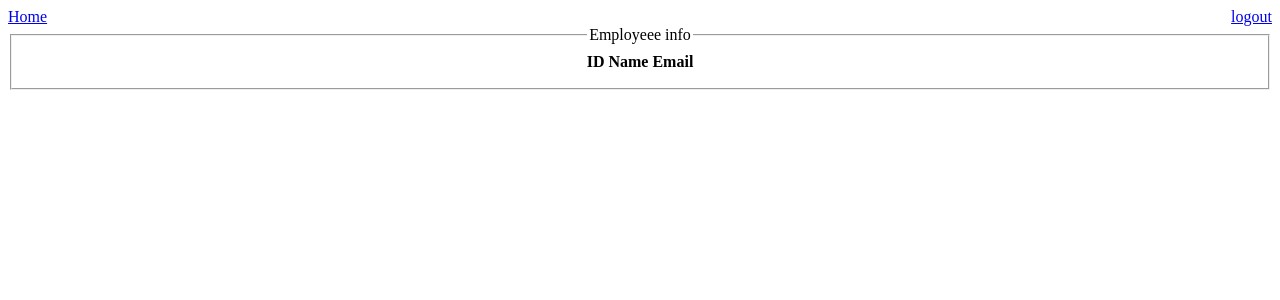
Repository: ashwinibd6697/ust-19sep-ashwinibd
Page: http://localhost/empwebapp/search.jsp
These files come from the project's save history. The page is drawn as it stood at one moment and after the next save; the edit follows.
The browser window is 1280 px wide. The pictures show the whole page.
The page is served by Tomcat 9.

Above is the page before, as saved 2019-11-18 12:12:42.

After the next save:
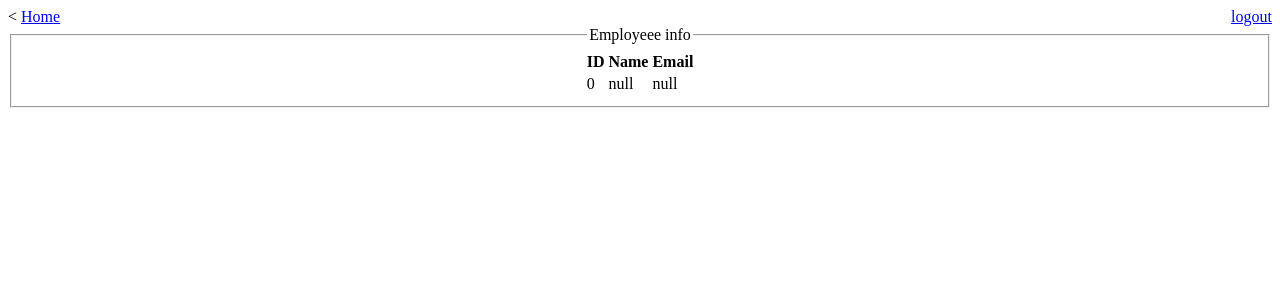
Saved 3 min 19 s later.
--- a/ust-java/empwebapp/WebContent/search.jsp
+++ b/ust-java/empwebapp/WebContent/search.jsp
@@ -1,5 +1,6 @@
 <%@ page language="java" contentType="text/html; charset=ISO-8859-1"
 	pageEncoding="ISO-8859-1"%>
+ <<jsp:useBean id="info" class="com.ustglobal.empwebapp.dto.EmployeeInfo" scope="request"/>
 <!DOCTYPE html>
 <html>
 <head>
@@ -18,9 +19,9 @@
 				<th>Email</th>
 			</tr>
 			<tr>
-				<td></td>
-				<td></td>
-				<td></td>
+				<td><%=info.getId() %></td>
+				<td><%=info.getName() %></td>
+				<td><%=info.getEmail() %></td>
 			</tr>
 		</table>
 	</fieldset>
